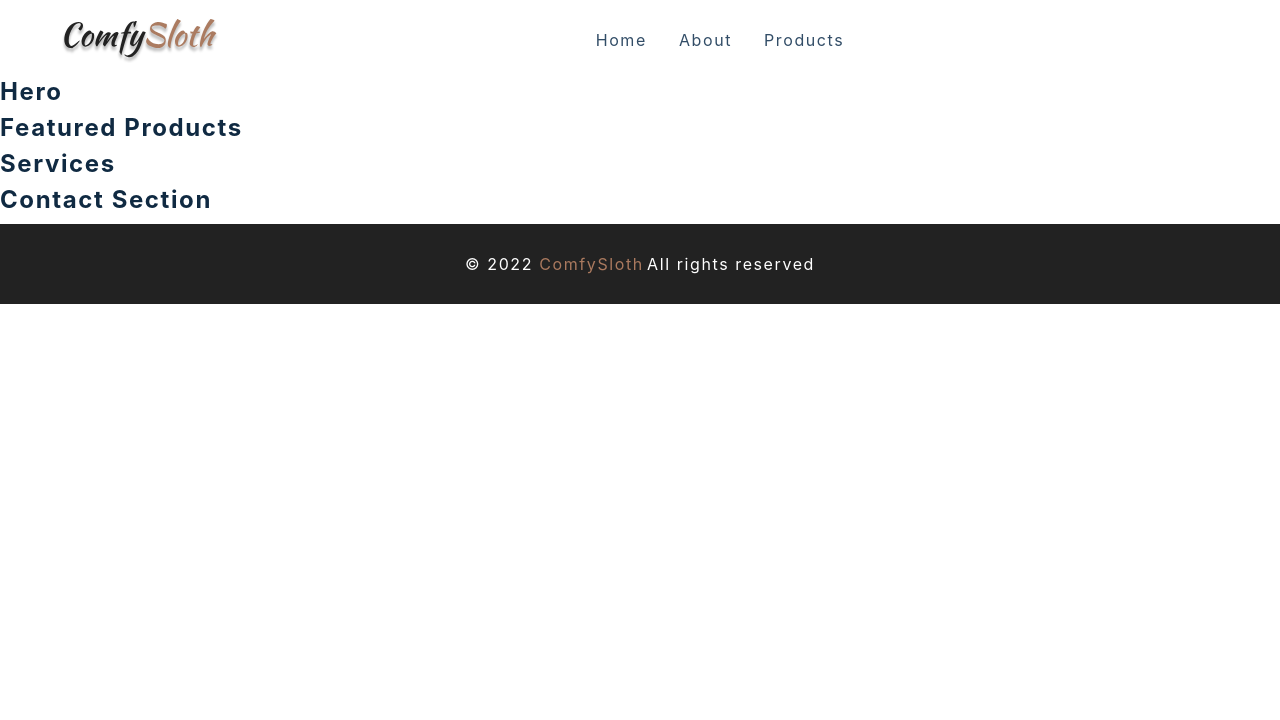
Repository: MateuszWorek/react-comfy-store
Page: /
These files come from the project's save history. The page is drawn as it stood at one moment and after the next save; the edit follows.
The browser window is 1280 px wide. The pictures show the whole page.
The project was rebuilt for these pictures with package versions that can differ from the ones it lists, and the page was loaded fresh each time. A package was used in the major version that the imports need, not the one package.json lists. Also part of the build but not shown: src/utils/constants.js, src/components/Error.js, src/components/Loading.js, src/utils/helpers.js, src/components/Product.js, src/reducers/cart_reducer.js, src/context/cart_context.js, src/context/user_context.js and 23 more. Imported but missing from the stored project, and not drawn on this page: src/components/AmountButtons.

Above is the page before, as saved 2022-07-13 21:52:18.

After the next save:
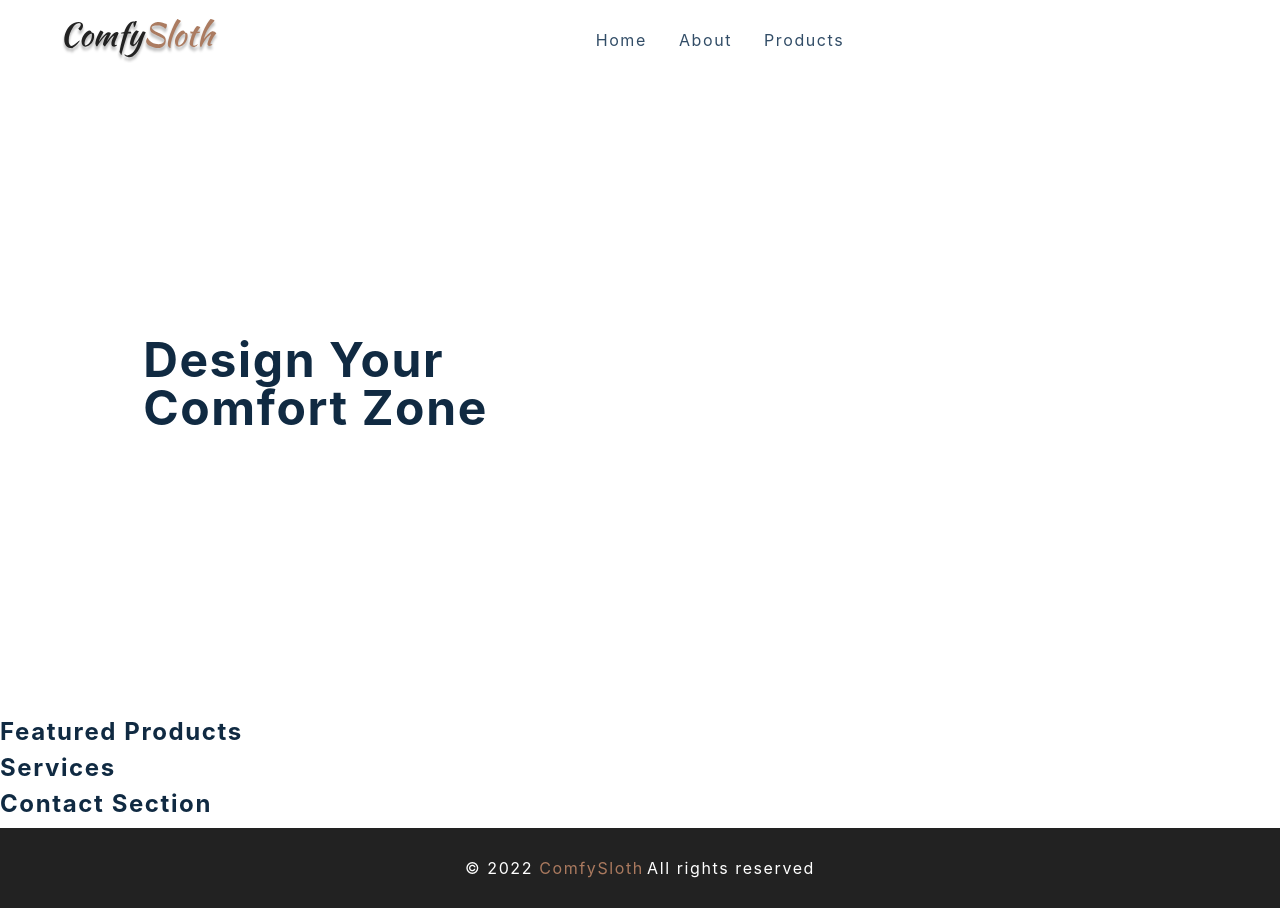
Saved 3 min 56 s later.
--- a/src/components/Hero.js
+++ b/src/components/Hero.js
@@ -1,12 +1,21 @@
-import React from 'react'
-import styled from 'styled-components'
-import { Link } from 'react-router-dom'
-import heroBcg from '../assets/hero-bcg.jpeg'
-import heroBcg2 from '../assets/hero-bcg-2.jpeg'
+import React from 'react';
+import styled from 'styled-components';
+import { Link } from 'react-router-dom';
+import heroBcg from '../assets/hero-bcg.jpeg';
+import heroBcg2 from '../assets/hero-bcg-2.jpeg';
 
 const Hero = () => {
-  return <h4>hero</h4>
-}
+  return (
+    <Wrapper className='section-center'>
+      <article className='content'>
+        <h1>
+          design your <br />
+          comfort zone
+        </h1>
+      </article>
+    </Wrapper>
+  );
+};
 
 const Wrapper = styled.section`
   min-height: 60vh;
@@ -68,6 +77,6 @@ const Wrapper = styled.section`
       border-radius: var(--radius);
     }
   }
-`
+`;
 
-export default Hero
+export default Hero;
